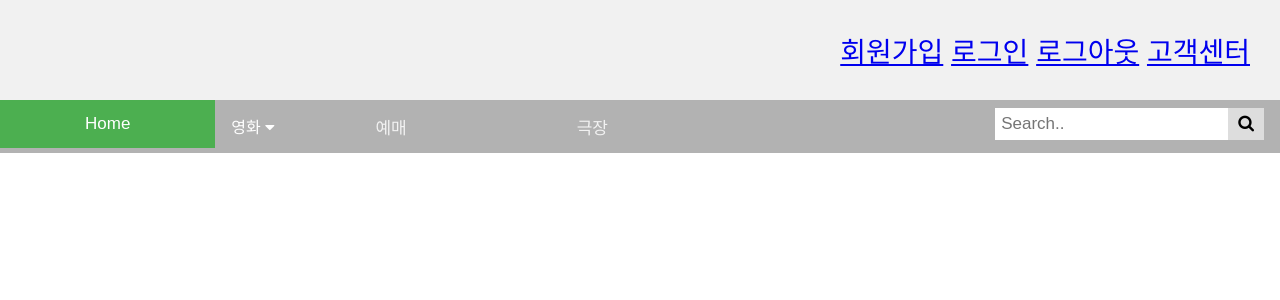
Repository: seulgi-code/MovieBox
Page: http://localhost/web/pages_css/header2.jsp
The author's editor kept a copy of each file at every save. The page is drawn from the files as they stood at one save, then again after the next save.
The browser window is 1280 px wide. The pictures show the whole page.
The page is served by Tomcat 9.

Above is the page before, as saved 2020-08-07 07:39:22.

After the next save:
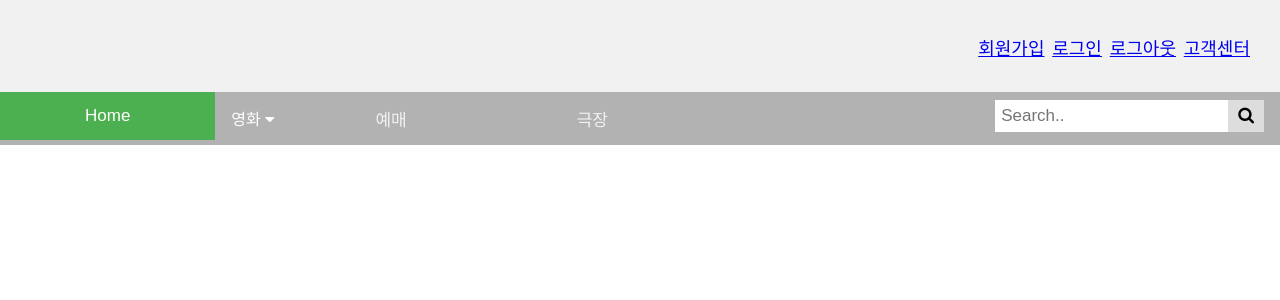
Saved 27 s later.
--- a/web/src/main/webapp/pages_css/header2.jsp
+++ b/web/src/main/webapp/pages_css/header2.jsp
@@ -28,7 +28,9 @@ body {
  	text-align: right;
 
  }
-
+ .header  div a{
+ 	font-size: 18px;
+ }
  /* header - 맨위  */
 
 #navbar {
